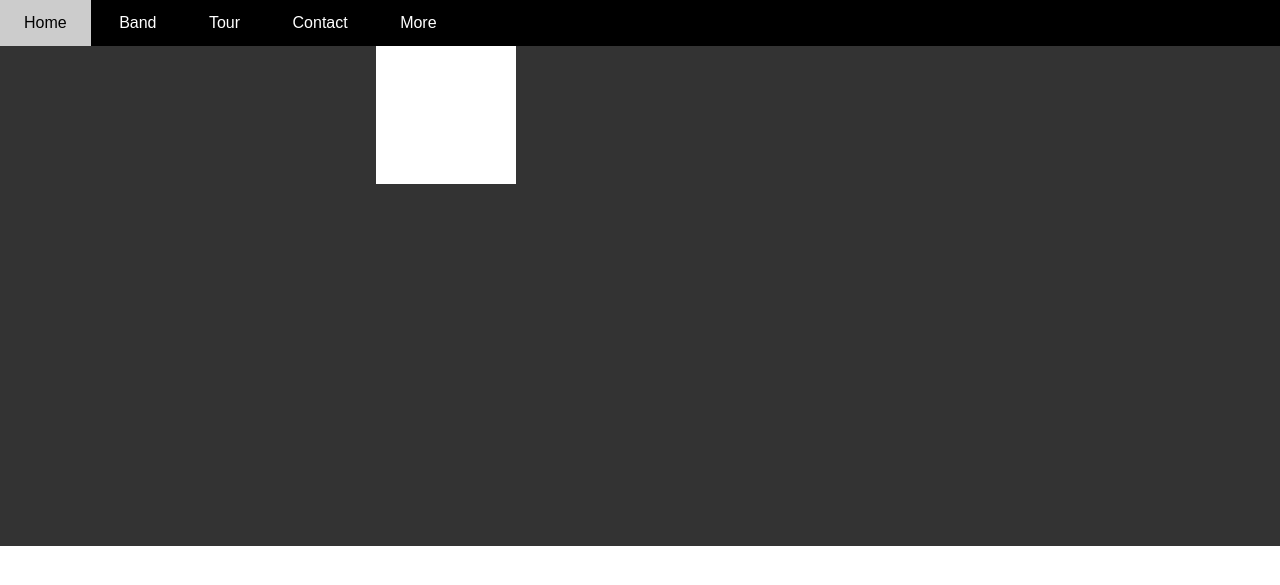
Repository: minhnguyennn/w3_band_music
Page: index.html
These files come from the project's save history. The page is drawn as it stood at one moment and after the next save; the edit follows.
The browser window is 1280 px wide. The pictures show the whole page.

Above is the page before, as saved 2023-02-17 17:42:52.

### index.html
<!DOCTYPE html>
<html lang="en">
<head>
    <meta charset="UTF-8">
    <meta http-equiv="X-UA-Compatible" content="IE=edge">
    <meta name="viewport" content="width=device-width, initial-scale=1.0">
    <title>Document</title>
    <link rel="stylesheet" href="./assets/css/style.css">
</head>
<body>
    <div id="main">
        <div id="header">
            <ul id="nav">
                <li><a href="">Home</a></li>
                <li><a href="">Band</a></li>
                <li><a href="">Tour</a></li>
                <li><a href="">Contact</a></li>
                <li>
                    <a href="">More</a>
                    <ul class="subnav">
                        <li><a href="">Merchandise</a></li>
                        <li><a href="">Extras</a></li>
                        <li><a href="">Media</a></li>
                    </ul>
                </li>
            </ul>
        </div>

        <div id="slider">

        </div>

        <div id="content">

        </div>

        <div id="footer">

        </div>

    </div>
</body>
</html>

### assets/css/style.css
/* Reset CSS */
* {
    padding: 0;
    margin: 0;
    box-sizing: border-box;
}

html {
    font-family: Arial, Helvetica, sans-serif;
}

#main {

}

#header {
    height: 46px;
    background-color: #000;
}

#nav {

}

#nav li {
    display: inline-block;
    position: relative;
}

#nav li a {
    color: #fff;
    text-decoration: none;
    line-height: 46px;
    padding: 0 24px;
    display: inline-block;
}

#nav li:hover a {
    color: #000;
    background-color: #ccc;
}

#nav .subnav {
    /* display: none; */
    position: absolute;
    background-color: #fff;
}

#slider {
    min-height: 500px;
    background-color: #333;
}

#content {

}

#footer {

}

After the next save:
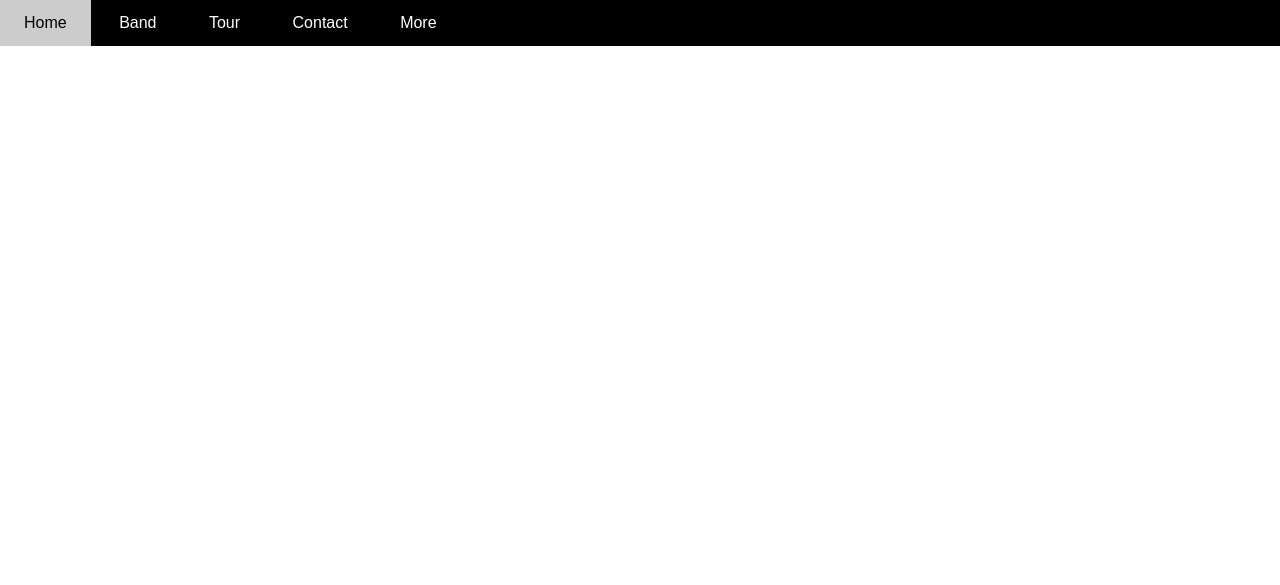
Saved 15 s later.
--- a/assets/css/style.css
+++ b/assets/css/style.css
@@ -46,6 +46,8 @@
     background-color: #fff;
 }
 
+#nav .subnav {
+
 #slider {
     min-height: 500px;
     background-color: #333;

After the 5 saves that followed:
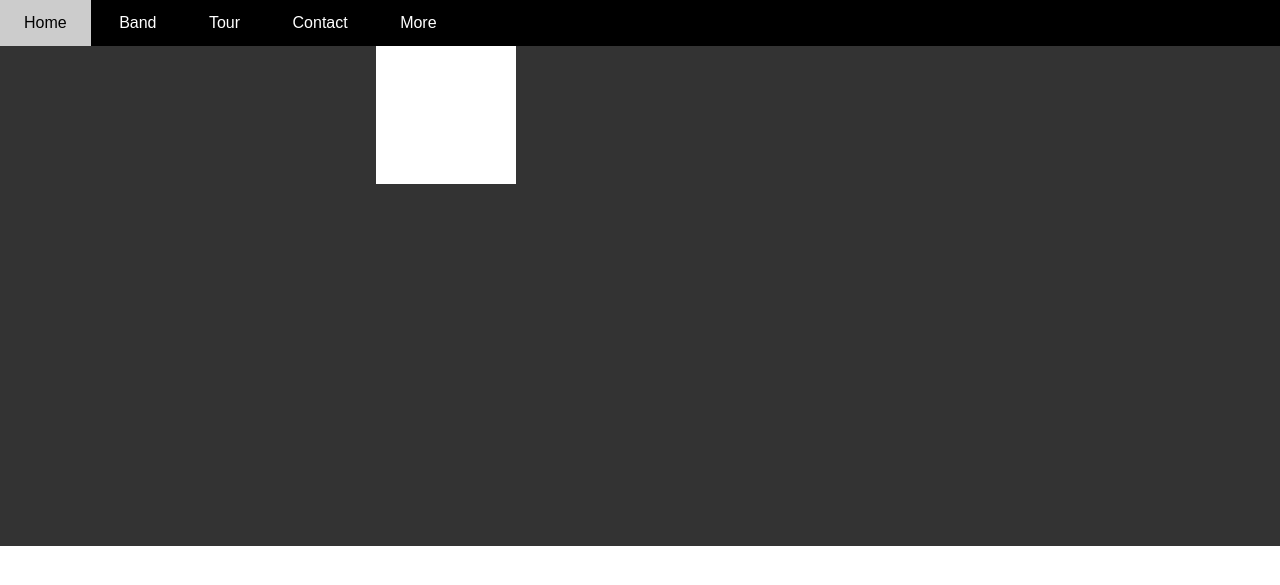
The 5 saves are shown as one change because they came seconds apart.
The last was saved 15 s later.
--- a/assets/css/style.css
+++ b/assets/css/style.css
@@ -46,7 +46,9 @@
     background-color: #fff;
 }
 
-#nav .subnav {
+#nav .subnav a {
+    color: ;
+}
 
 #slider {
     min-height: 500px;
